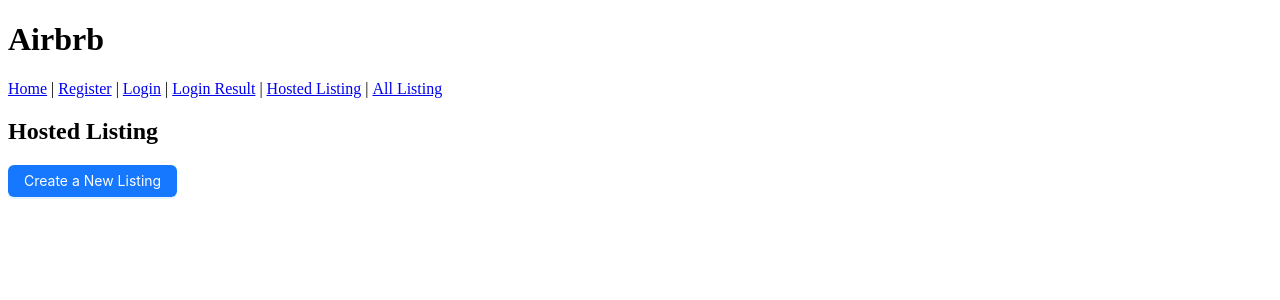
Repository: shaynewx/Airbrb
Page: /hosted-listing (app in frontend/)
The author's editor kept a copy of each file at every save. The page is drawn from the files as they stood at one save, then again after the next save.
The browser window is 1280 px wide. The pictures show the whole page.
The project was rebuilt for these pictures with package versions that can differ from the ones it lists, and the page was loaded fresh each time. Also part of the build but not shown: frontend/src/components/Home.jsx, frontend/src/components/form/apiService.jsx, frontend/src/components/form/RegisterForm.jsx, frontend/src/components/Register.jsx, frontend/src/components/form/LoginForm.jsx, frontend/src/components/Login.jsx, frontend/src/components/LoginResult.jsx, frontend/src/components/listing/ListingForm.jsx and 2 more.

Above is the page before, as saved 2023-11-08 18:44:14.

### frontend/src/App.jsx
import React from 'react';
import { BrowserRouter as Router } from 'react-router-dom';
import PageList from './PageList';

function App () {
  return (
    <Router>
      <PageList />
    </Router>
  );
}

export default App;

### frontend/src/PageList.jsx
import React from 'react';
import { Routes, Route, Link } from 'react-router-dom';
import Home from './components/Home';
import Register from './components/Register';
import Login from './components/Login';
import Dashboard from './components/LoginResult';
import HostedListing from './components/HostedListing';
import AllListing from './components/AllListing';
// import logo from './components/logo/logo.png';
import './components/logo/logo.css';

function PageList () {
  const [token, setToken] = React.useState(null);

  return (
    <div>
      {/* <img src={logo} alt='Logo' className='logo'/> */}
      <h1>Airbrb</h1>
      <nav>
        <Link to="/">Home</Link>
        &nbsp;|&nbsp;
        <Link to="/register">Register</Link>
        &nbsp;|&nbsp;
        <Link to="/login">Login</Link>
        &nbsp;|&nbsp;
        <Link to="/loginresult">Login Result</Link>
        &nbsp;|&nbsp;
        <Link to="/hosted-listing">Hosted Listing</Link>
        &nbsp;|&nbsp;
        <Link to="/all-listing">All Listing</Link>
      </nav>
      <Routes>
        <Route path="/" element={<Home />} />
        <Route path="/register" element={<Register token={token} setToken={setToken} />} />
        <Route path="/login" element={<Login token={token} setToken={setToken} />} />
        <Route path="/loginresult" element={<Dashboard token={token} />} />
        <Route path="/hosted-listing" element={<HostedListing token={token} />} />
        <Route path="/all-listing" element={<AllListing token={token} />} />
      </Routes>
    </div>
  );
}

export default PageList;

### frontend/src/components/HostedListing.jsx
import React from 'react';
import CreateNewListing from './listing/CreateNewListing';

// 作为房东的房源页面
function HostedListing () {
  return (
      <div>
        <h2>Hosted Listing</h2>
        <p></p>
        <CreateNewListing />
      </div>
  );
}

export default HostedListing;

### frontend/src/components/listing/CreateNewListing.jsx
import React, { useState } from 'react';
import { Button, Modal, Form, message } from 'antd';
import FormDisabledDemo from './ListingForm';

const CreateNewListing = () => {
  const [isModalOpen, setIsModalOpen] = useState(false);
  const [thumbnailBase64, setThumbnailBase64] = useState('');
  const [imagesBase64, setImagesBase64] = useState([]);
  const [form] = Form.useForm();

  const showModal = () => {
    setIsModalOpen(true);
  };

  const apiPOST = (values) => {
    // Assuming `values` has all the form fields including title, address, price, etc.
    const metadata = { ...values };
    delete metadata.title;
    delete metadata.address;
    delete metadata.price;
    delete metadata.thumbnail;

    const dataToSubmit = {
      title: values.title,
      address: values.address,
      price: values.price,
      thumbnail: thumbnailBase64,
      metadata: {
        ...metadata,
        images: imagesBase64 // 将 images 作为 metadata 的一部分
      }
    };

    console.log('Submitted Data:', dataToSubmit);

    // TODO:Submit the data to the backend here
    // axios.post('/your-endpoint', dataToSubmit)
    //   .then(response => {
    //     // Handle the successful response here
    //   })
    //   .catch(error => {
    //     // Handle any errors here
    //   });

    // Reset the base64 states and form after successful submission
    setThumbnailBase64('');
    setImagesBase64([]);
    form.resetFields();
  };

  const handleOk = () => {
    form
      .validateFields()
      .then((values) => {
        // If form data is valid, call apiPOST
        apiPOST(values);
        // Close modal
        setIsModalOpen(false);
      })
      .catch((info) => {
        console.error('Validate Failed:', info);
        message.error('Form validation failed, please check the inputs.');
      });
  };

  const handleCancel = () => {
    setIsModalOpen(false);
  };

  return (
    <>
      <Button type="primary" onClick={showModal}>
        Create a New Listing
      </Button>
      <Modal
        title="Create a New Listing"
        open={isModalOpen}
        onOk={handleOk}
        onCancel={handleCancel}
      >
        <FormDisabledDemo
          form={form}
          setThumbnailBase64={setThumbnailBase64}
          setImagesBase64={setImagesBase64}
        />
      </Modal>
    </>
  );
};

export default CreateNewListing;

Loaded but not shown: frontend/src/index.jsx (common file)

After the next save:
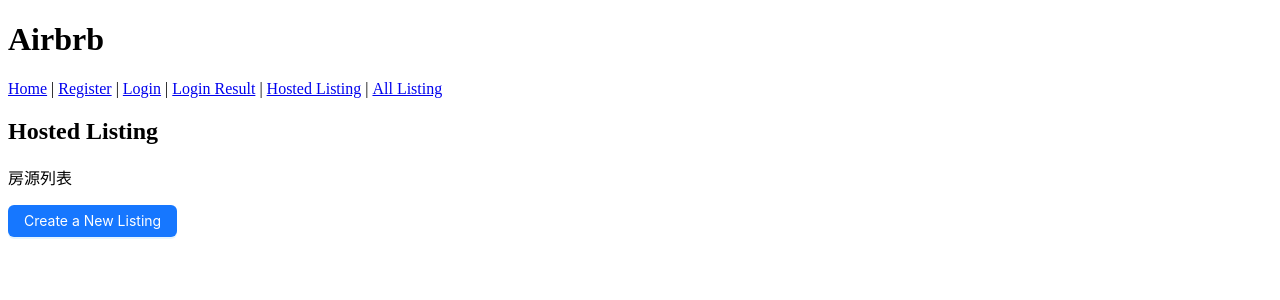
Saved 9 s later.
--- a/frontend/src/components/HostedListing.jsx
+++ b/frontend/src/components/HostedListing.jsx
@@ -6,7 +6,7 @@
   return (
       <div>
         <h2>Hosted Listing</h2>
-        <p></p>
+        <p>房源列表</p>
         <CreateNewListing />
       </div>
   );
